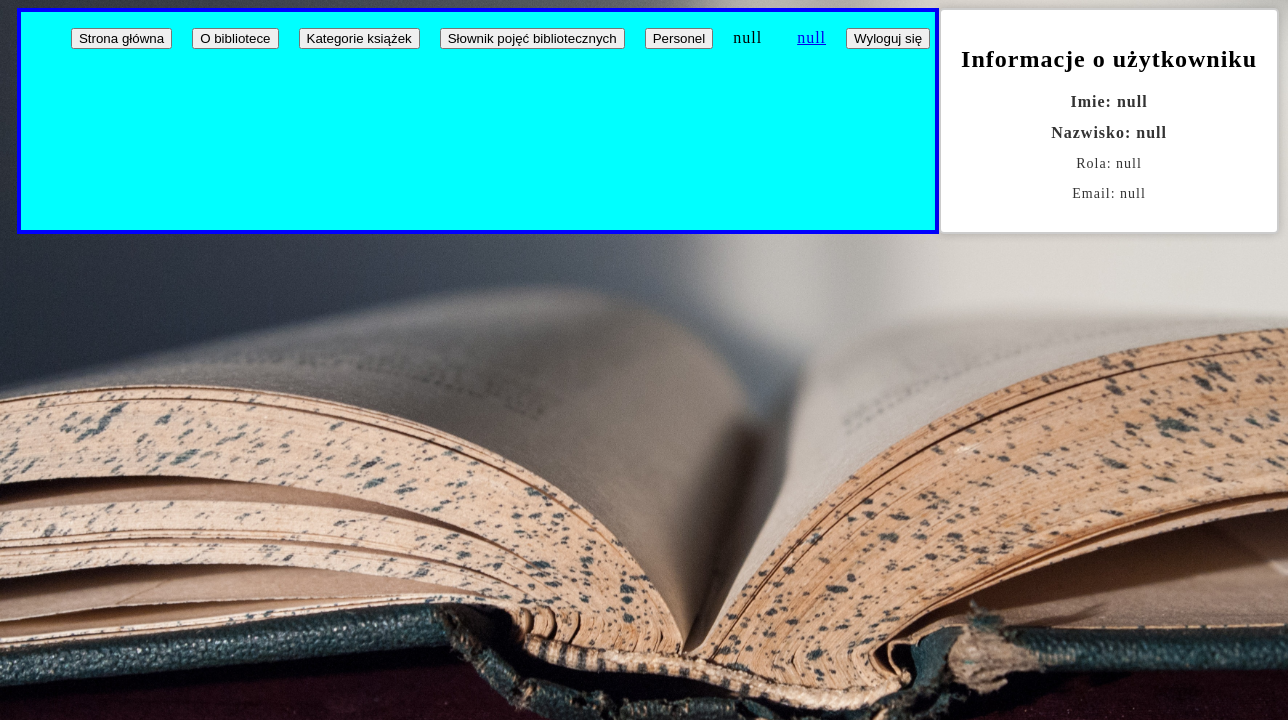
Repository: Dominik098/projekt
Page: http://localhost/biblioteka/info_o_koncie.jsp
An editor plug-in stored every save of this project. The page is shown before and after the next save, followed by the edit.
The browser window is 1280 px wide. The page is 1288 px wide, so the pictures cover 1288 px, including what lies to the right of the window. The pictures show the whole page.
The page is served by Tomcat 9. Other server files are loaded and not shown.

Above is the page before, as saved 2023-06-21 07:14:04.

### java projekt/biblioteka/src/main/webapp/info_o_koncie.jsp
 <%@ page language="java" contentType="text/html; charset=UTF-8"%>
<!DOCTYPE html>
<html>
<head>
  <title>Informacje o użytkowniku</title>
  <link rel="stylesheet" type="text/css" href="info_uz.css">
</head>
<body>

<header>
        <nav>
            <ul>
               <li class="znacznik" ><a href="A_strona-gl.jsp"><button class="pobierz" >Strona główna</button></a></li>
                <li class="znacznik" ><a href="B_O bibiotece.jsp"><button class="pobierz" >O bibliotece</button></a></li>
                <li  class="znacznik"><a href="C_Kategorie-książek.jsp"><button class="pobierz">Kategorie książek</button></a></li>
                <!--   <li><a href="D_Wypożyczenia.jsp"><button class="pobierz" >Wypożyczane </a></li>-->
                <li class="znacznik"><a href="E_Słownik pojęć.jsp"><button class="pobierz" >Słownik pojęć bibliotecznych</button></a></li>
                <li class="znacznik"><a href="F_personel.jsp"><button class="pobierz" >Personel</button></a></li>
               <!-- <li class="znacznik"><a href="G_login.jsp">Logowanie</a></li>
                <li class="znacznik"><a href="H_rejestracja.jsp">Rejestracja</a></li>-->

                 <li> <a > <%=session.getAttribute("administrator") %></a><li>


                 <li><a href="info_o_koncie.jsp"><i class="fa fa-user"></i> <%=session.getAttribute("email-login") %></a></li>




                <li  ><a href="#" onclick="confirmLogout()"><button class="pobierz" >Wyloguj się</button></a></li>

            </ul>

        </nav>

    </header>
  <div class="container">
    <h1>Informacje o użytkowniku</h1>
    <div class="user-info">
      <div class="user-details">
        <h2>Imie: <%=session.getAttribute("aimie") %></h2>
        <h2>Nazwisko: <%=session.getAttribute("anazwisko") %></h2>
        <p>Rola: <%=session.getAttribute("administrator") %></p>
        <p>Email: <%=session.getAttribute("email-login") %></p>


      </div>
    </div>
  </div>
</body>
</html>

### java projekt/biblioteka/src/main/webapp/info_uz.css


body {
  width: 100%;
  height: 100%;
  display: flex;
  justify-content: center;
  letter-spacing: 1px;
  background-color: #0c1022;
  background-image: url(zdj.jpg);
  background-size: 1400px;
}

.container {
  background-color: #fff;
  padding: 20px;
  border-radius: 5px;
  box-shadow: 0 0 10px rgba(0, 0, 0, 0.2);
  border: 2px solid #ccc;
  max-width: 400px;
}

h1 {
  text-align: center;
  margin-bottom: 20px;
}

.user-details {
  text-align: center;
}

.user-details h1, .user-details h2, .user-details p {
  color: #333;
  margin-bottom: 10px;
}

/* Dynamiczny design */

.container:hover {
  transform: scale(1.05);
  box-shadow: 0 0 15px rgba(0, 0, 0, 0.3);
  transition: transform 0.3s ease-in-out, box-shadow 0.3s ease-in-out;
}

.container h1 {
  font-size: 24px;
}

.user-details h1 {
  font-size: 18px;
}

.user-details h2 {
  font-size: 16px;
}

.user-details p {
  font-size: 14px;
}



header {
    border: 4px;
    background-color: aqua;
    border: 4px solid blue;
    padding-bottom: 2px;
}

.nav {
    text-align: center;
    padding: 10px;

}

ul li {
    display: inline;
    margin-left: 5px;
    padding: 5px;


}

ul {
    text-align: center;
}


main {
    padding: 3px;
    background-color: blueviolet;
}

After the next save:
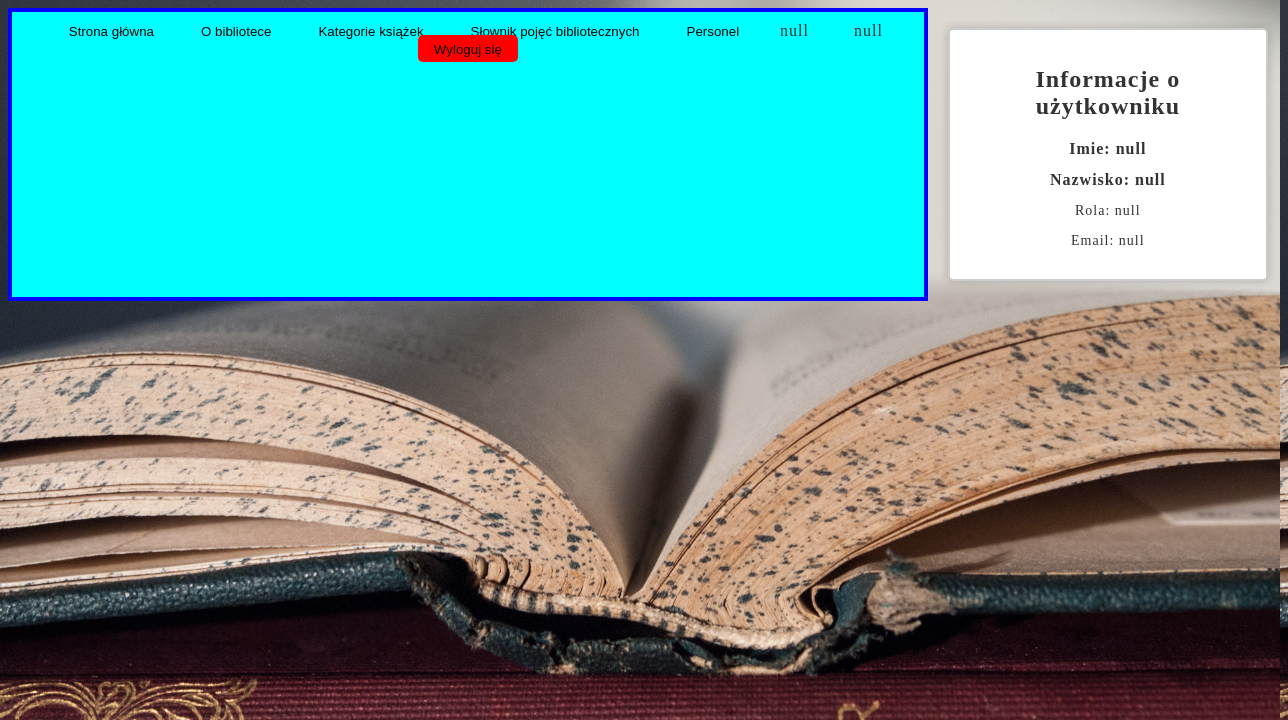
Saved 4 min 11 s later.
--- a/java projekt/biblioteka/src/main/webapp/info_uz.css
+++ b/java projekt/biblioteka/src/main/webapp/info_uz.css
@@ -1,5 +1,3 @@
-
-
 body {
   width: 100%;
   height: 100%;
@@ -8,7 +6,7 @@
   letter-spacing: 1px;
   background-color: #0c1022;
   background-image: url(zdj.jpg);
-  background-size: 1400px;
+  background-size: cover;
 }
 
 .container {
@@ -17,19 +15,23 @@
   border-radius: 5px;
   box-shadow: 0 0 10px rgba(0, 0, 0, 0.2);
   border: 2px solid #ccc;
-  max-width: 400px;
+  max-width: 600px;
+  margin: 20px;
 }
 
 h1 {
   text-align: center;
   margin-bottom: 20px;
+  color: #333;
 }
 
 .user-details {
   text-align: center;
 }
 
-.user-details h1, .user-details h2, .user-details p {
+.user-details h1,
+.user-details h2,
+.user-details p {
   color: #333;
   margin-bottom: 10px;
 }
@@ -58,35 +60,58 @@
   font-size: 14px;
 }
 
-
-
 header {
-    border: 4px;
-    background-color: aqua;
-    border: 4px solid blue;
-    padding-bottom: 2px;
+  background-color: aqua;
+  border: 4px solid blue;
+  padding: 10px;
 }
 
-.nav {
-    text-align: center;
-    padding: 10px;
-
-}
-
-ul li {
-    display: inline;
-    margin-left: 5px;
-    padding: 5px;
-
-
+nav {
+  text-align: center;
 }
 
 ul {
-    text-align: center;
+  list-style-type: none;
+  padding: 0;
+  margin: 0;
 }
 
+li {
+  display: inline-block;
+  margin-left: 10px;
+}
 
-main {
-    padding: 3px;
-    background-color: blueviolet;
+li a {
+  text-decoration: none;
+  color: #333;
+  padding: 5px 10px;
+  border-radius: 5px;
+  transition: background-color 0.3s ease;
 }
+
+li a:hover {
+  background-color: #ccc;
+}
+
+li a button {
+  border: none;
+  background: none;
+  cursor: pointer;
+}
+
+li a i {
+  margin-right: 5px;
+}
+
+li:last-child {
+  margin-left: auto;
+}
+
+li:last-child a {
+  background-color: #ff0000;
+  color: #fff;
+}
+
+li:last-child a:hover {
+  background-color: #cc0000;
+}

After the save that followed:
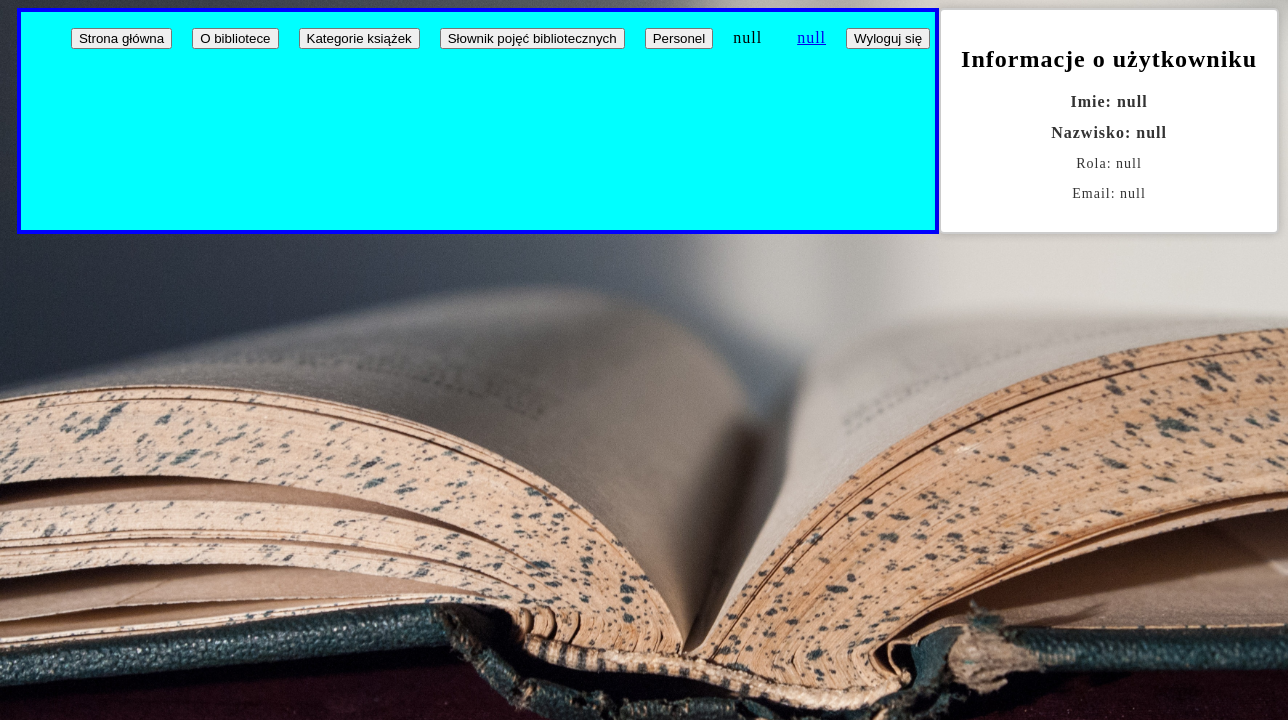
Saved 2 min 3 s later.
--- a/java projekt/biblioteka/src/main/webapp/info_uz.css
+++ b/java projekt/biblioteka/src/main/webapp/info_uz.css
@@ -1,3 +1,5 @@
+
+
 body {
   width: 100%;
   height: 100%;
@@ -6,7 +8,7 @@
   letter-spacing: 1px;
   background-color: #0c1022;
   background-image: url(zdj.jpg);
-  background-size: cover;
+  background-size: 1400px;
 }
 
 .container {
@@ -15,23 +17,19 @@
   border-radius: 5px;
   box-shadow: 0 0 10px rgba(0, 0, 0, 0.2);
   border: 2px solid #ccc;
-  max-width: 600px;
-  margin: 20px;
+  max-width: 400px;
 }
 
 h1 {
   text-align: center;
   margin-bottom: 20px;
-  color: #333;
 }
 
 .user-details {
   text-align: center;
 }
 
-.user-details h1,
-.user-details h2,
-.user-details p {
+.user-details h1, .user-details h2, .user-details p {
   color: #333;
   margin-bottom: 10px;
 }
@@ -60,58 +58,35 @@
   font-size: 14px;
 }
 
+
+
 header {
-  background-color: aqua;
-  border: 4px solid blue;
-  padding: 10px;
+    border: 4px;
+    background-color: aqua;
+    border: 4px solid blue;
+    padding-bottom: 2px;
 }
 
-nav {
-  text-align: center;
+.nav {
+    text-align: center;
+    padding: 10px;
+
+}
+
+ul li {
+    display: inline;
+    margin-left: 5px;
+    padding: 5px;
+
+
 }
 
 ul {
-  list-style-type: none;
-  padding: 0;
-  margin: 0;
+    text-align: center;
 }
 
-li {
-  display: inline-block;
-  margin-left: 10px;
+
+main {
+    padding: 3px;
+    background-color: blueviolet;
 }
-
-li a {
-  text-decoration: none;
-  color: #333;
-  padding: 5px 10px;
-  border-radius: 5px;
-  transition: background-color 0.3s ease;
-}
-
-li a:hover {
-  background-color: #ccc;
-}
-
-li a button {
-  border: none;
-  background: none;
-  cursor: pointer;
-}
-
-li a i {
-  margin-right: 5px;
-}
-
-li:last-child {
-  margin-left: auto;
-}
-
-li:last-child a {
-  background-color: #ff0000;
-  color: #fff;
-}
-
-li:last-child a:hover {
-  background-color: #cc0000;
-}
